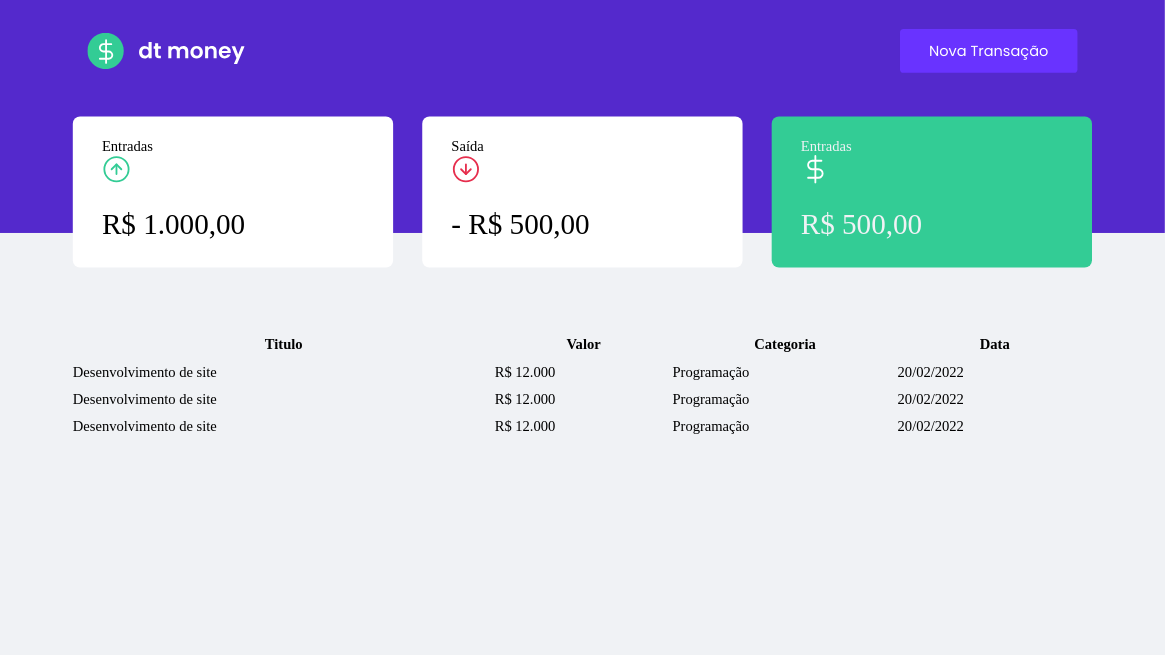
Repository: viniciusfg05/vlmoney
Page: /
These files come from the project's save history. The page is drawn as it stood at one moment and after the next save; the edit follows.
The browser window is 1280 px wide. The pictures show the whole page, at 91% of full size.
The project was rebuilt for these pictures with package versions that can differ from the ones it lists, and the page was loaded fresh each time.

Above is the page before, as saved 2022-02-21 15:09:19.

After the next save:
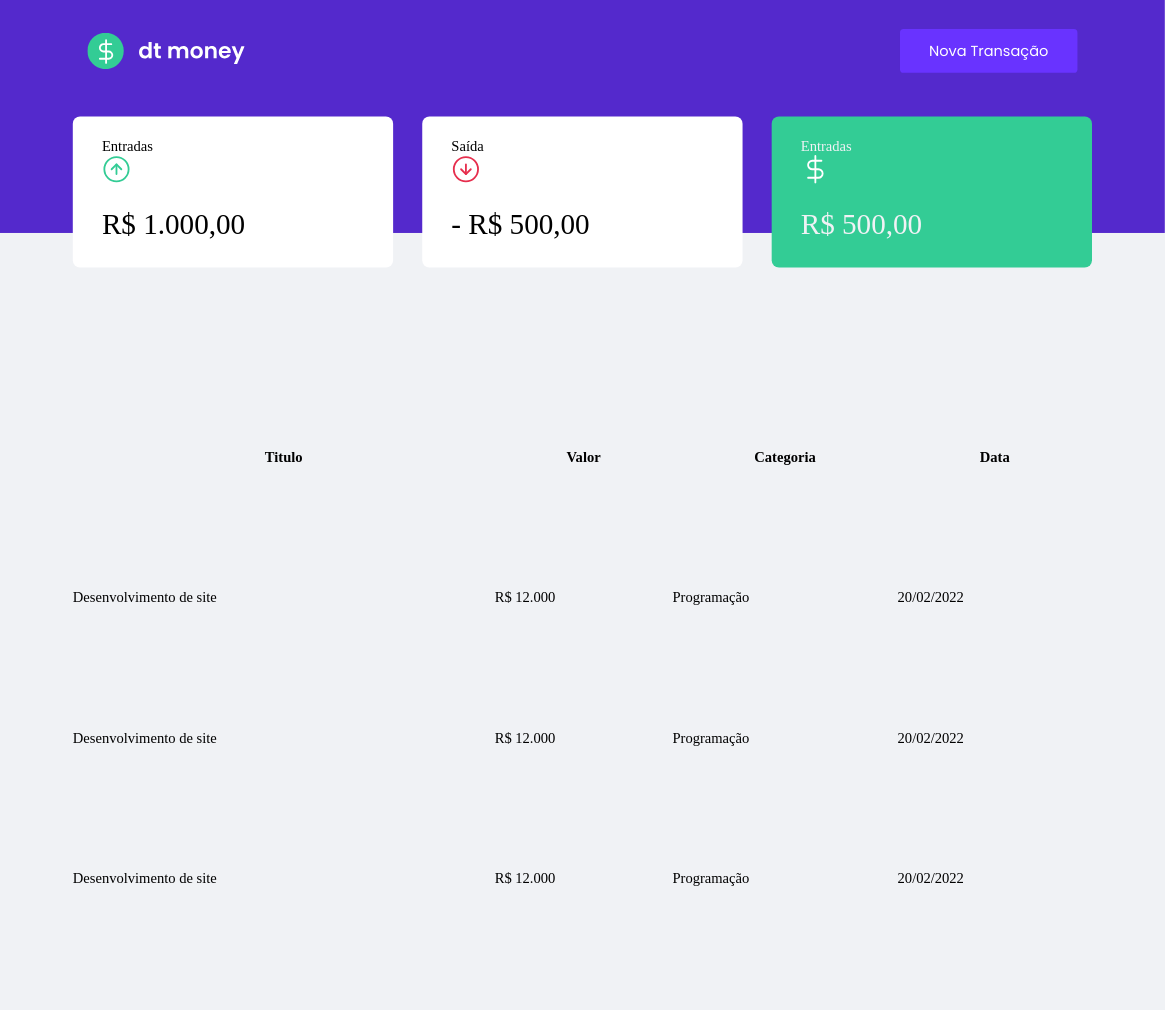
Saved 12 s later.
--- a/src/components/transaction/styles.ts
+++ b/src/components/transaction/styles.ts
@@ -5,6 +5,6 @@ export const Container = styled.div`
 
   table{
     width: 100%;
-    border-spacing: 0 0.8rem
+    border-spacing: 0 8.5rem
   }
 `
